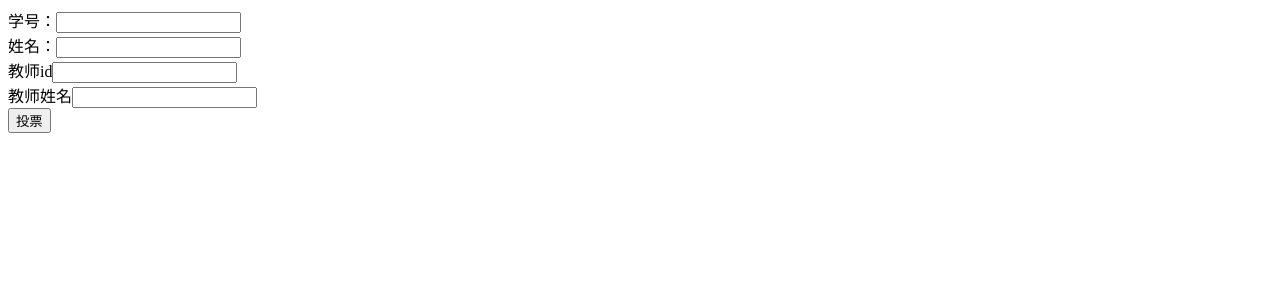
Repository: yonghuisu/THUVote
Page: LocalProject/Application/Home/View/Vote/edit.html
The author's editor kept a copy of each file at every save. The page is drawn from the files as they stood at one save, then again after the next save.
The browser window is 1280 px wide. The pictures show the whole page.

Above is the page before, as saved 2014-04-14 08:46:58.

### LocalProject/Application/Home/View/Vote/edit.html
<FORM method="post" action="__URL__/insert">
学号：<INPUT type="text" name="student_no"><br/>
姓名：<INPUT type="text" name="student_name"><br/>
教师id<INPUT type="text" name = "teacher_id"><br/>
教师姓名<INPUT type="text" name = "teacher_name"><br/>
 <INPUT type="submit" value="投票">
 </FORM>

After the next save:
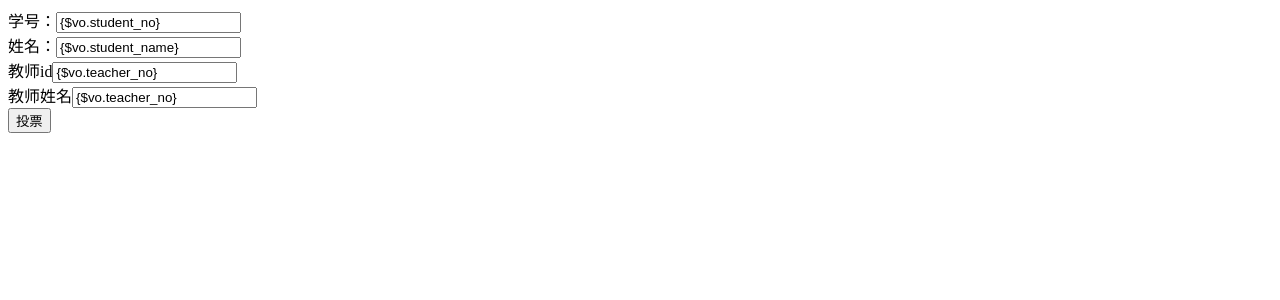
Saved 97 s later.
--- a/LocalProject/Application/Home/View/Vote/edit.html
+++ b/LocalProject/Application/Home/View/Vote/edit.html
@@ -1,7 +1,7 @@
 <FORM method="post" action="__URL__/insert">
-学号：<INPUT type="text" name="student_no"><br/>
-姓名：<INPUT type="text" name="student_name"><br/>
-教师id<INPUT type="text" name = "teacher_id"><br/>
-教师姓名<INPUT type="text" name = "teacher_name"><br/>
+学号：<INPUT type="text" name="student_no" value = "{$vo.student_no}"><br/>
+姓名：<INPUT type="text" name="student_name" value = "{$vo.student_name}"><br/>
+教师id<INPUT type="text" name = "teacher_id" value = "{$vo.teacher_no}"><br/>
+教师姓名<INPUT type="text" name = "teacher_name" value = "{$vo.teacher_no}"><br/>
  <INPUT type="submit" value="投票">
  </FORM>
